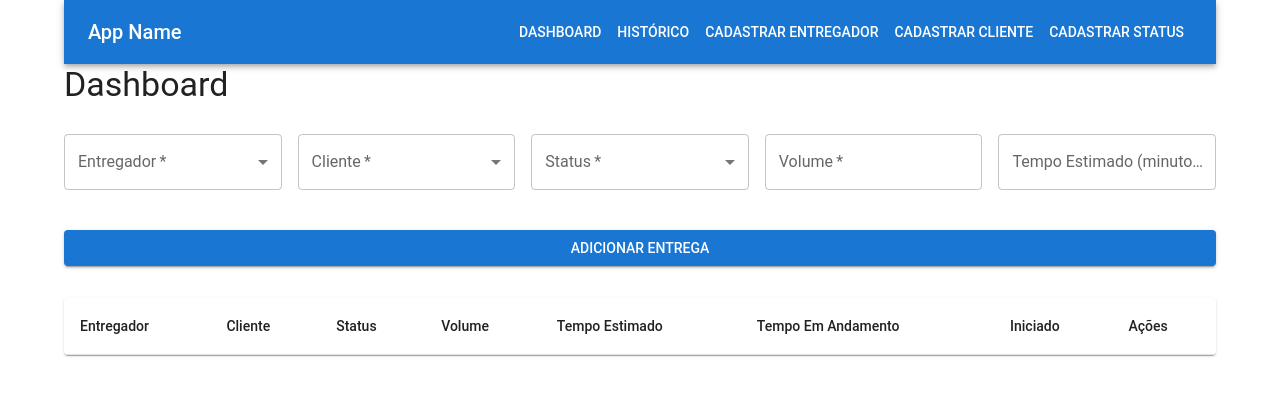
Repository: feliperanon/mobilegestao
Page: /dashboard (app in frontend/)
An editor plug-in stored every save of this project. The page is shown before and after the next save, followed by the edit.
The browser window is 1280 px wide. The pictures show the whole page.
The page's requests for data from a server got no answer. The project was rebuilt for these pictures with package versions that can differ from the ones it lists, and the page was loaded fresh each time. No one was signed in, and anything a server would have sent is missing. Also part of the build but not shown: frontend/webpack.config.js, frontend/src/pages/Home.js, frontend/src/pages/History.js, frontend/src/pages/Analysis.js, frontend/src/components/Login.js, frontend/src/components/Register.js, frontend/src/components/AddEntregador.js, frontend/src/components/AddCliente.js and 1 more.

Above is the page before, as saved 2024-07-14 21:41:50.

### frontend/public/index.html
<!-- frontend/public/index.html -->

<!DOCTYPE html>
<html lang="en">
<head>
    <meta charset="UTF-8">
    <meta name="viewport" content="width=device-width, initial-scale=1.0">
    <title>Mobile Gestão</title>
</head>
<body>
    <div id="root"></div>
</body>
</html>

### frontend/src/index.js
// frontend/src/index.js

import React from 'react';
import ReactDOM from 'react-dom';
import { BrowserRouter as Router, Route, Switch } from 'react-router-dom';
import { ThemeProvider, createTheme } from '@mui/material/styles';
import CssBaseline from '@mui/material/CssBaseline';
import Home from './pages/Home';
import History from './pages/History';
import Analysis from './pages/Analysis';
import Dashboard from './components/Dashboard';
import Login from './components/Login';
import Register from './components/Register';
import AddEntregador from './components/AddEntregador';
import AddCliente from './components/AddCliente';
import AddStatus from './components/AddStatus';

const theme = createTheme({
  palette: {
    primary: {
      main: '#1976d2',
    },
    secondary: {
      main: '#dc004e',
    },
  },
  typography: {
    fontFamily: 'Roboto, Arial, sans-serif',
  },
});

ReactDOM.render(
  <ThemeProvider theme={theme}>
    <CssBaseline />
    <Router>
      <Switch>
        <Route path="/" exact component={Home} />
        <Route path="/login" component={Login} />
        <Route path="/register" component={Register} />
        <Route path="/dashboard" component={Dashboard} />
        <Route path="/history" component={History} />
        <Route path="/analysis" component={Analysis} />
        <Route path="/add-entregador" component={AddEntregador} />
        <Route path="/add-cliente" component={AddCliente} />
        <Route path="/add-status" component={AddStatus} />
      </Switch>
    </Router>
  </ThemeProvider>,
  document.getElementById('root')
);

### frontend/src/components/Dashboard.js
import React, { useEffect, useState } from 'react';
import axios from 'axios';
import {
  Container,
  Typography,
  Box,
  TextField,
  Button,
  Table,
  TableBody,
  TableCell,
  TableContainer,
  TableHead,
  TableRow,
  Paper,
  MenuItem,
  IconButton,
  Dialog,
  DialogActions,
  DialogContent,
  DialogContentText,
  DialogTitle,
} from '@mui/material';
import EditIcon from '@mui/icons-material/Edit';
import DeleteIcon from '@mui/icons-material/Delete';
import DoneIcon from '@mui/icons-material/Done';
import Navigation from './Navigation';

const Dashboard = () => {
  const [deliveries, setDeliveries] = useState([]);
  const [entregadores, setEntregadores] = useState([]);
  const [clientes, setClientes] = useState([]);
  const [statusList, setStatusList] = useState([]);
  const [entregador, setEntregador] = useState('');
  const [cliente, setCliente] = useState('');
  const [status, setStatus] = useState('');
  const [volume, setVolume] = useState('');
  const [tempoEstimado, setTempoEstimado] = useState('');
  const [editDialogOpen, setEditDialogOpen] = useState(false);
  const [editDeliveryId, setEditDeliveryId] = useState(null);
  const [editEntregador, setEditEntregador] = useState('');

  useEffect(() => {
    const fetchData = async () => {
      const deliveriesRes = await axios.get('http://localhost:5008/api/deliveries');
      const updatedDeliveries = deliveriesRes.data.map(delivery => ({
        ...delivery,
        tempoEmAndamento: Math.floor((Date.now() - new Date(delivery.iniciado)) / 60000)
      }));
      setDeliveries(updatedDeliveries);

      const entregadoresRes = await axios.get('http://localhost:5008/api/lists/entregadores');
      setEntregadores(entregadoresRes.data);

      const clientesRes = await axios.get('http://localhost:5008/api/lists/clientes');
      setClientes(clientesRes.data);

      const statusRes = await axios.get('http://localhost:5008/api/lists/status');
      setStatusList(statusRes.data);
    };

    fetchData();

    const intervalId = setInterval(() => {
      setDeliveries((prevDeliveries) =>
        prevDeliveries.map((delivery) => ({
          ...delivery,
          tempoEmAndamento: Math.floor((Date.now() - new Date(delivery.iniciado)) / 60000)
        }))
      );
    }, 60000);

    return () => clearInterval(intervalId);
  }, []);

  const handleSubmit = async (e) => {
    e.preventDefault();
    try {
      const res = await axios.post('http://localhost:5008/api/deliveries', {
        entregador,
        cliente,
        status,
        volume,
        tempoEstimado,
      });
      setDeliveries([{
        ...res.data,
        tempoEmAndamento: 0
      }, ...deliveries]);
      setEntregador('');
      setCliente('');
      setStatus('');
      setVolume('');
      setTempoEstimado('');
    } catch (err) {
      console.error(err);
    }
  };

  const handleEditSubmit = async (e) => {
    e.preventDefault();
    try {
      await axios.patch(`http://localhost:5008/api/deliveries/${editDeliveryId}`, { entregador: editEntregador });
      const updatedDeliveries = deliveries.map((delivery) =>
        delivery._id === editDeliveryId ? { ...delivery, entregador: editEntregador } : delivery
      );
      setDeliveries(updatedDeliveries);
      setEditDialogOpen(false);
      setEditDeliveryId(null);
      setEditEntregador('');
    } catch (err) {
      console.error(err);
    }
  };

  const handleFinalize = async (id) => {
    try {
      await axios.patch(`http://localhost:5008/api/deliveries/${id}/finalize`);
      const updatedDeliveries = deliveries.filter((delivery) => delivery._id !== id);
      setDeliveries(updatedDeliveries);
    } catch (err) {
      console.error(err);
    }
  };

  const handleDelete = async (id) => {
    try {
      await axios.delete(`http://localhost:5008/api/deliveries/${id}`);
      const updatedDeliveries = deliveries.filter((delivery) => delivery._id !== id);
      setDeliveries(updatedDeliveries);
    } catch (err) {
      console.error(err);
    }
  };

  const openEditDialog = (id, currentEntregador) => {
    setEditDeliveryId(id);
    setEditEntregador(currentEntregador);
    setEditDialogOpen(true);
  };

  const closeEditDialog = () => {
    setEditDialogOpen(false);
    setEditDeliveryId(null);
    setEditEntregador('');
  };

  return (
    <Container>
      <Navigation />
      <Typography variant="h4" component="h1" gutterBottom>
        Dashboard
      </Typography>
      <Box component="form" onSubmit={handleSubmit} sx={{ mb: 4, display: 'flex', flexDirection: 'row', flexWrap: 'wrap', gap: 2 }}>
        <TextField
          select
          label="Entregador"
          value={entregador}
          onChange={(e) => setEntregador(e.target.value)}
          fullWidth
          required
          margin="normal"
          sx={{ flex: 1 }}
        >
          {entregadores.map((ent) => (
            <MenuItem key={ent._id} value={ent.nome}>
              {ent.nome}
            </MenuItem>
          ))}
        </TextField>
        <TextField
          select
          label="Cliente"
          value={cliente}
          onChange={(e) => setCliente(e.target.value)}
          fullWidth
          required
          margin="normal"
          sx={{ flex: 1 }}
        >
          {clientes.map((cli) => (
            <MenuItem key={cli._id} value={cli.nome}>
              {cli.nome}
            </MenuItem>
          ))}
        </TextField>
        <TextField
          select
          label="Status"
          value={status}
          onChange={(e) => setStatus(e.target.value)}
          fullWidth
          required
          margin="normal"
          sx={{ flex: 1 }}
        >
          {statusList.map((stat) => (
            <MenuItem key={stat._id} value={stat.nome}>
              {stat.nome}
            </MenuItem>
          ))}
        </TextField>
        <TextField
          label="Volume"
          type="number"
          value={volume}
          onChange={(e) => setVolume(e.target.value)}
          fullWidth
          required
          margin="normal"
          sx={{ flex: 1 }}
        />
        <TextField
          label="Tempo Estimado (minutos)"
          type="number"
          value={tempoEstimado}
          onChange={(e) => setTempoEstimado(e.target.value)}
          fullWidth
          required
          margin="normal"
          sx={{ flex: 1 }}
        />
        <Button type="submit" variant="contained" color="primary" sx={{ mt: 2, flexBasis: '100%' }}>
          Adicionar Entrega
        </Button>
      </Box>
      <TableContainer component={Paper}>
        <Table>
          <TableHead>
            <TableRow>
              <TableCell>Entregador</TableCell>
              <TableCell>Cliente</TableCell>
              <TableCell>Status</TableCell>
              <TableCell>Volume</TableCell>
              <TableCell>Tempo Estimado</TableCell>
              <TableCell>Tempo Em Andamento</TableCell>
              <TableCell>Iniciado</TableCell>
              <TableCell>Ações</TableCell>
            </TableRow>
          </TableHead>
          <TableBody>
            {deliveries.map((delivery) => (
              <TableRow key={delivery._id}>
                <TableCell>{delivery.entregador}</TableCell>
                <TableCell>{delivery.cliente}</TableCell>
                <TableCell>{delivery.status}</TableCell>
                <TableCell>{delivery.volume}</TableCell>
                <TableCell>{delivery.tempoEstimado}</TableCell>
                <TableCell>{delivery.tempoEmAndamento}</TableCell>
                <TableCell>{new Date(delivery.iniciado).toLocaleString()}</TableCell>
                <TableCell>
                  <IconButton onClick={() => openEditDialog(delivery._id, delivery.entregador)}>
                    <EditIcon />
                  </IconButton>
                  <IconButton onClick={() => handleFinalize(delivery._id)}>
                    <DoneIcon />
                  </IconButton>
                  <IconButton onClick={() => handleDelete(delivery._id)}>
                    <DeleteIcon />
                  </IconButton>
                </TableCell>
              </TableRow>
            ))}
          </TableBody>
        </Table>
      </TableContainer>

      <Dialog open={editDialogOpen} onClose={closeEditDialog}>
        <DialogTitle>Editar Entregador</DialogTitle>
        <DialogContent>
          <DialogContentText>Selecione um novo entregador para a entrega.</DialogContentText>
          <TextField
            select
            label="Entregador"
            value={editEntregador}
            onChange={(e) => setEditEntregador(e.target.value)}
            fullWidth
            required
            margin="normal"
          >
            {entregadores.map((ent) => (
              <MenuItem key={ent._id} value={ent.nome}>
                {ent.nome}
              </MenuItem>
            ))}
          </TextField>
        </DialogContent>
        <DialogActions>
          <Button onClick={closeEditDialog}>Cancelar</Button>
          <Button onClick={handleEditSubmit} color="primary">Salvar</Button>
        </DialogActions>
      </Dialog>
    </Container>
  );
};

export default Dashboard;

### frontend/src/components/Navigation.js
// frontend/src/components/Navigation.js

import React from 'react';
import { Link } from 'react-router-dom';
import { AppBar, Toolbar, Typography, Button } from '@mui/material';

const Navigation = () => {
  return (
    <AppBar position="static">
      <Toolbar>
        <Typography variant="h6" sx={{ flexGrow: 1 }}>
          App Name
        </Typography>
        <Button color="inherit" component={Link} to="/dashboard">Dashboard</Button>
        <Button color="inherit" component={Link} to="/history">Histórico</Button>
        <Button color="inherit" component={Link} to="/add-entregador">Cadastrar Entregador</Button>
        <Button color="inherit" component={Link} to="/add-cliente">Cadastrar Cliente</Button>
        <Button color="inherit" component={Link} to="/add-status">Cadastrar Status</Button>
      </Toolbar>
    </AppBar>
  );
};

export default Navigation;

After the next save:
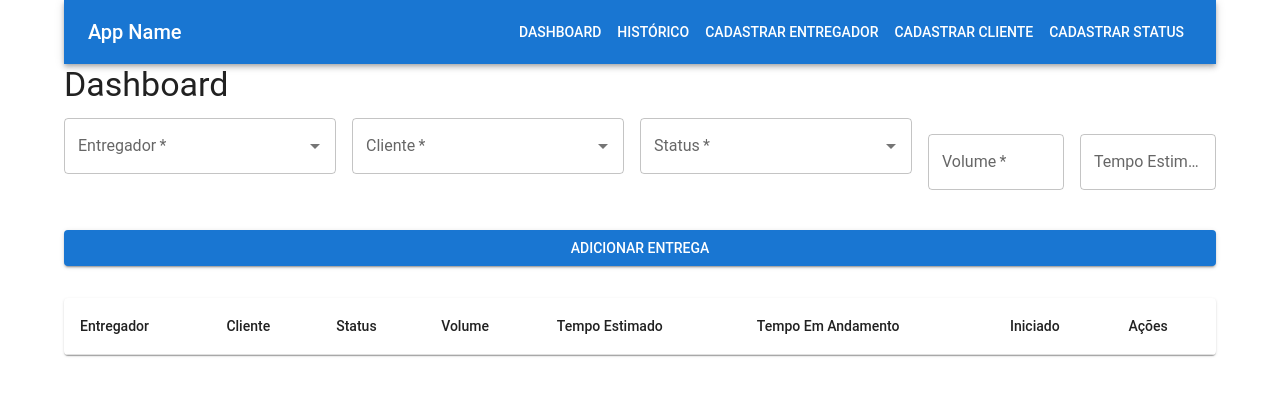
Saved 44 s later.
--- a/frontend/src/components/Dashboard.js
+++ b/frontend/src/components/Dashboard.js
@@ -20,6 +20,7 @@
   DialogContent,
   DialogContentText,
   DialogTitle,
+  Autocomplete,
 } from '@mui/material';
 import EditIcon from '@mui/icons-material/Edit';
 import DeleteIcon from '@mui/icons-material/Delete';
@@ -31,9 +32,9 @@
   const [entregadores, setEntregadores] = useState([]);
   const [clientes, setClientes] = useState([]);
   const [statusList, setStatusList] = useState([]);
-  const [entregador, setEntregador] = useState('');
-  const [cliente, setCliente] = useState('');
-  const [status, setStatus] = useState('');
+  const [entregador, setEntregador] = useState(null);
+  const [cliente, setCliente] = useState([]);
+  const [status, setStatus] = useState(null);
   const [volume, setVolume] = useState('');
   const [tempoEstimado, setTempoEstimado] = useState('');
   const [editDialogOpen, setEditDialogOpen] = useState(false);
@@ -77,9 +78,9 @@
     e.preventDefault();
     try {
       const res = await axios.post('http://localhost:5008/api/deliveries', {
-        entregador,
-        cliente,
-        status,
+        entregador: entregador.nome,
+        cliente: cliente.map(cli => cli.nome),
+        status: status.nome,
         volume,
         tempoEstimado,
       });
@@ -87,9 +88,9 @@
         ...res.data,
         tempoEmAndamento: 0
       }, ...deliveries]);
-      setEntregador('');
-      setCliente('');
-      setStatus('');
+      setEntregador(null);
+      setCliente([]);
+      setStatus(null);
       setVolume('');
       setTempoEstimado('');
     } catch (err) {
@@ -152,54 +153,31 @@
         Dashboard
       </Typography>
       <Box component="form" onSubmit={handleSubmit} sx={{ mb: 4, display: 'flex', flexDirection: 'row', flexWrap: 'wrap', gap: 2 }}>
-        <TextField
-          select
-          label="Entregador"
+        <Autocomplete
+          options={entregadores}
+          getOptionLabel={(option) => option.nome}
           value={entregador}
-          onChange={(e) => setEntregador(e.target.value)}
-          fullWidth
-          required
-          margin="normal"
+          onChange={(e, newValue) => setEntregador(newValue)}
+          renderInput={(params) => <TextField {...params} label="Entregador" required fullWidth />}
           sx={{ flex: 1 }}
-        >
-          {entregadores.map((ent) => (
-            <MenuItem key={ent._id} value={ent.nome}>
-              {ent.nome}
-            </MenuItem>
-          ))}
-        </TextField>
-        <TextField
-          select
-          label="Cliente"
+        />
+        <Autocomplete
+          multiple
+          options={clientes}
+          getOptionLabel={(option) => option.nome}
           value={cliente}
-          onChange={(e) => setCliente(e.target.value)}
-          fullWidth
-          required
-          margin="normal"
+          onChange={(e, newValue) => setCliente(newValue)}
+          renderInput={(params) => <TextField {...params} label="Cliente" required fullWidth />}
           sx={{ flex: 1 }}
-        >
-          {clientes.map((cli) => (
-            <MenuItem key={cli._id} value={cli.nome}>
-              {cli.nome}
-            </MenuItem>
-          ))}
-        </TextField>
-        <TextField
-          select
-          label="Status"
+        />
+        <Autocomplete
+          options={statusList}
+          getOptionLabel={(option) => option.nome}
           value={status}
-          onChange={(e) => setStatus(e.target.value)}
-          fullWidth
-          required
-          margin="normal"
+          onChange={(e, newValue) => setStatus(newValue)}
+          renderInput={(params) => <TextField {...params} label="Status" required fullWidth />}
           sx={{ flex: 1 }}
-        >
-          {statusList.map((stat) => (
-            <MenuItem key={stat._id} value={stat.nome}>
-              {stat.nome}
-            </MenuItem>
-          ))}
-        </TextField>
+        />
         <TextField
           label="Volume"
           type="number"
@@ -208,7 +186,7 @@
           fullWidth
           required
           margin="normal"
-          sx={{ flex: 1 }}
+          sx={{ flex: 0.5 }}
         />
         <TextField
           label="Tempo Estimado (minutos)"
@@ -218,7 +196,7 @@
           fullWidth
           required
           margin="normal"
-          sx={{ flex: 1 }}
+          sx={{ flex: 0.5 }}
         />
         <Button type="submit" variant="contained" color="primary" sx={{ mt: 2, flexBasis: '100%' }}>
           Adicionar Entrega
@@ -242,7 +220,7 @@
             {deliveries.map((delivery) => (
               <TableRow key={delivery._id}>
                 <TableCell>{delivery.entregador}</TableCell>
-                <TableCell>{delivery.cliente}</TableCell>
+                <TableCell>{delivery.cliente.join(', ')}</TableCell>
                 <TableCell>{delivery.status}</TableCell>
                 <TableCell>{delivery.volume}</TableCell>
                 <TableCell>{delivery.tempoEstimado}</TableCell>
@@ -269,21 +247,13 @@
         <DialogTitle>Editar Entregador</DialogTitle>
         <DialogContent>
           <DialogContentText>Selecione um novo entregador para a entrega.</DialogContentText>
-          <TextField
-            select
-            label="Entregador"
+          <Autocomplete
+            options={entregadores}
+            getOptionLabel={(option) => option.nome}
             value={editEntregador}
-            onChange={(e) => setEditEntregador(e.target.value)}
-            fullWidth
-            required
-            margin="normal"
-          >
-            {entregadores.map((ent) => (
-              <MenuItem key={ent._id} value={ent.nome}>
-                {ent.nome}
-              </MenuItem>
-            ))}
-          </TextField>
+            onChange={(e, newValue) => setEditEntregador(newValue)}
+            renderInput={(params) => <TextField {...params} label="Entregador" required fullWidth />}
+          />
         </DialogContent>
         <DialogActions>
           <Button onClick={closeEditDialog}>Cancelar</Button>

After the save that followed:
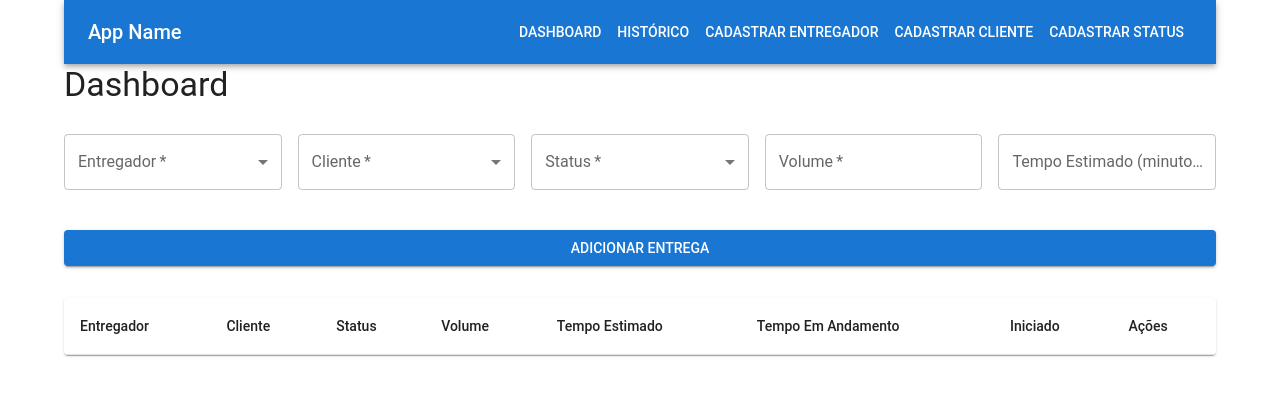
Saved 32 s later.
--- a/frontend/src/components/Dashboard.js
+++ b/frontend/src/components/Dashboard.js
@@ -20,7 +20,6 @@
   DialogContent,
   DialogContentText,
   DialogTitle,
-  Autocomplete,
 } from '@mui/material';
 import EditIcon from '@mui/icons-material/Edit';
 import DeleteIcon from '@mui/icons-material/Delete';
@@ -32,9 +31,9 @@
   const [entregadores, setEntregadores] = useState([]);
   const [clientes, setClientes] = useState([]);
   const [statusList, setStatusList] = useState([]);
-  const [entregador, setEntregador] = useState(null);
-  const [cliente, setCliente] = useState([]);
-  const [status, setStatus] = useState(null);
+  const [entregador, setEntregador] = useState('');
+  const [cliente, setCliente] = useState('');
+  const [status, setStatus] = useState('');
   const [volume, setVolume] = useState('');
   const [tempoEstimado, setTempoEstimado] = useState('');
   const [editDialogOpen, setEditDialogOpen] = useState(false);
@@ -78,9 +77,9 @@
     e.preventDefault();
     try {
       const res = await axios.post('http://localhost:5008/api/deliveries', {
-        entregador: entregador.nome,
-        cliente: cliente.map(cli => cli.nome),
-        status: status.nome,
+        entregador,
+        cliente,
+        status,
         volume,
         tempoEstimado,
       });
@@ -88,9 +87,9 @@
         ...res.data,
         tempoEmAndamento: 0
       }, ...deliveries]);
-      setEntregador(null);
-      setCliente([]);
-      setStatus(null);
+      setEntregador('');
+      setCliente('');
+      setStatus('');
       setVolume('');
       setTempoEstimado('');
     } catch (err) {
@@ -153,31 +152,54 @@
         Dashboard
       </Typography>
       <Box component="form" onSubmit={handleSubmit} sx={{ mb: 4, display: 'flex', flexDirection: 'row', flexWrap: 'wrap', gap: 2 }}>
-        <Autocomplete
-          options={entregadores}
-          getOptionLabel={(option) => option.nome}
+        <TextField
+          select
+          label="Entregador"
           value={entregador}
-          onChange={(e, newValue) => setEntregador(newValue)}
-          renderInput={(params) => <TextField {...params} label="Entregador" required fullWidth />}
-          sx={{ flex: 1 }}
-        />
-        <Autocomplete
-          multiple
-          options={clientes}
-          getOptionLabel={(option) => option.nome}
+          onChange={(e) => setEntregador(e.target.value)}
+          fullWidth
+          required
+          margin="normal"
+          sx={{ flex: 1 }}
+        >
+          {entregadores.map((ent) => (
+            <MenuItem key={ent._id} value={ent.nome}>
+              {ent.nome}
+            </MenuItem>
+          ))}
+        </TextField>
+        <TextField
+          select
+          label="Cliente"
           value={cliente}
-          onChange={(e, newValue) => setCliente(newValue)}
-          renderInput={(params) => <TextField {...params} label="Cliente" required fullWidth />}
-          sx={{ flex: 1 }}
-        />
-        <Autocomplete
-          options={statusList}
-          getOptionLabel={(option) => option.nome}
+          onChange={(e) => setCliente(e.target.value)}
+          fullWidth
+          required
+          margin="normal"
+          sx={{ flex: 1 }}
+        >
+          {clientes.map((cli) => (
+            <MenuItem key={cli._id} value={cli.nome}>
+              {cli.nome}
+            </MenuItem>
+          ))}
+        </TextField>
+        <TextField
+          select
+          label="Status"
           value={status}
-          onChange={(e, newValue) => setStatus(newValue)}
-          renderInput={(params) => <TextField {...params} label="Status" required fullWidth />}
-          sx={{ flex: 1 }}
-        />
+          onChange={(e) => setStatus(e.target.value)}
+          fullWidth
+          required
+          margin="normal"
+          sx={{ flex: 1 }}
+        >
+          {statusList.map((stat) => (
+            <MenuItem key={stat._id} value={stat.nome}>
+              {stat.nome}
+            </MenuItem>
+          ))}
+        </TextField>
         <TextField
           label="Volume"
           type="number"
@@ -186,7 +208,7 @@
           fullWidth
           required
           margin="normal"
-          sx={{ flex: 0.5 }}
+          sx={{ flex: 1 }}
         />
         <TextField
           label="Tempo Estimado (minutos)"
@@ -196,7 +218,7 @@
           fullWidth
           required
           margin="normal"
-          sx={{ flex: 0.5 }}
+          sx={{ flex: 1 }}
         />
         <Button type="submit" variant="contained" color="primary" sx={{ mt: 2, flexBasis: '100%' }}>
           Adicionar Entrega
@@ -220,7 +242,7 @@
             {deliveries.map((delivery) => (
               <TableRow key={delivery._id}>
                 <TableCell>{delivery.entregador}</TableCell>
-                <TableCell>{delivery.cliente.join(', ')}</TableCell>
+                <TableCell>{delivery.cliente}</TableCell>
                 <TableCell>{delivery.status}</TableCell>
                 <TableCell>{delivery.volume}</TableCell>
                 <TableCell>{delivery.tempoEstimado}</TableCell>
@@ -247,13 +269,21 @@
         <DialogTitle>Editar Entregador</DialogTitle>
         <DialogContent>
           <DialogContentText>Selecione um novo entregador para a entrega.</DialogContentText>
-          <Autocomplete
-            options={entregadores}
-            getOptionLabel={(option) => option.nome}
+          <TextField
+            select
+            label="Entregador"
             value={editEntregador}
-            onChange={(e, newValue) => setEditEntregador(newValue)}
-            renderInput={(params) => <TextField {...params} label="Entregador" required fullWidth />}
-          />
+            onChange={(e) => setEditEntregador(e.target.value)}
+            fullWidth
+            required
+            margin="normal"
+          >
+            {entregadores.map((ent) => (
+              <MenuItem key={ent._id} value={ent.nome}>
+                {ent.nome}
+              </MenuItem>
+            ))}
+          </TextField>
         </DialogContent>
         <DialogActions>
           <Button onClick={closeEditDialog}>Cancelar</Button>
